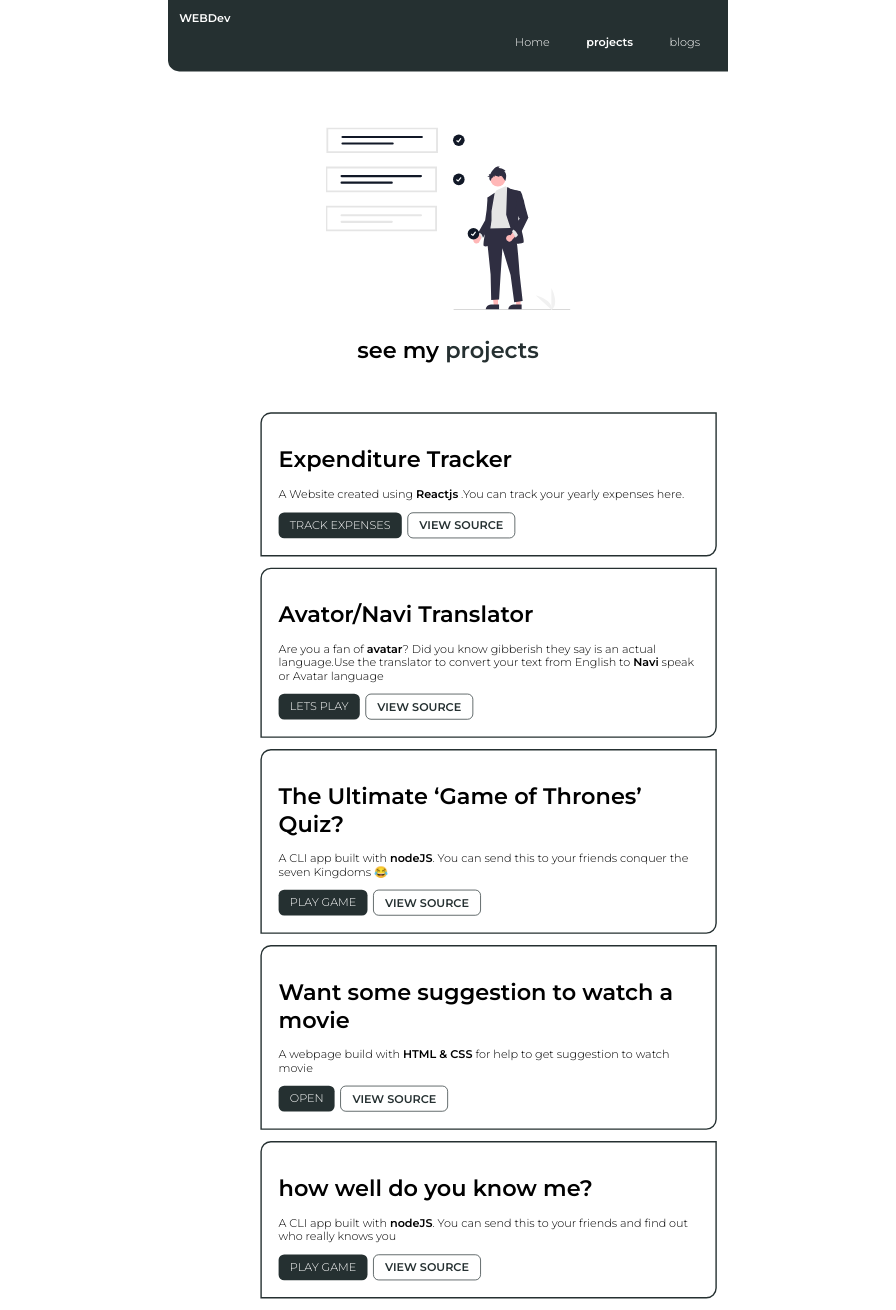
Repository: sohan2503001/Portfolio
Page: projects.html
The author's editor kept a copy of each file at every save. The page is drawn from the files as they stood at one save, then again after a run of saves.
The browser window is 1280 px wide. The pictures show the whole page, at 70% of full size.

Above is the page before, as saved 2021-05-26 11:28:02.

After the next 3 saves:
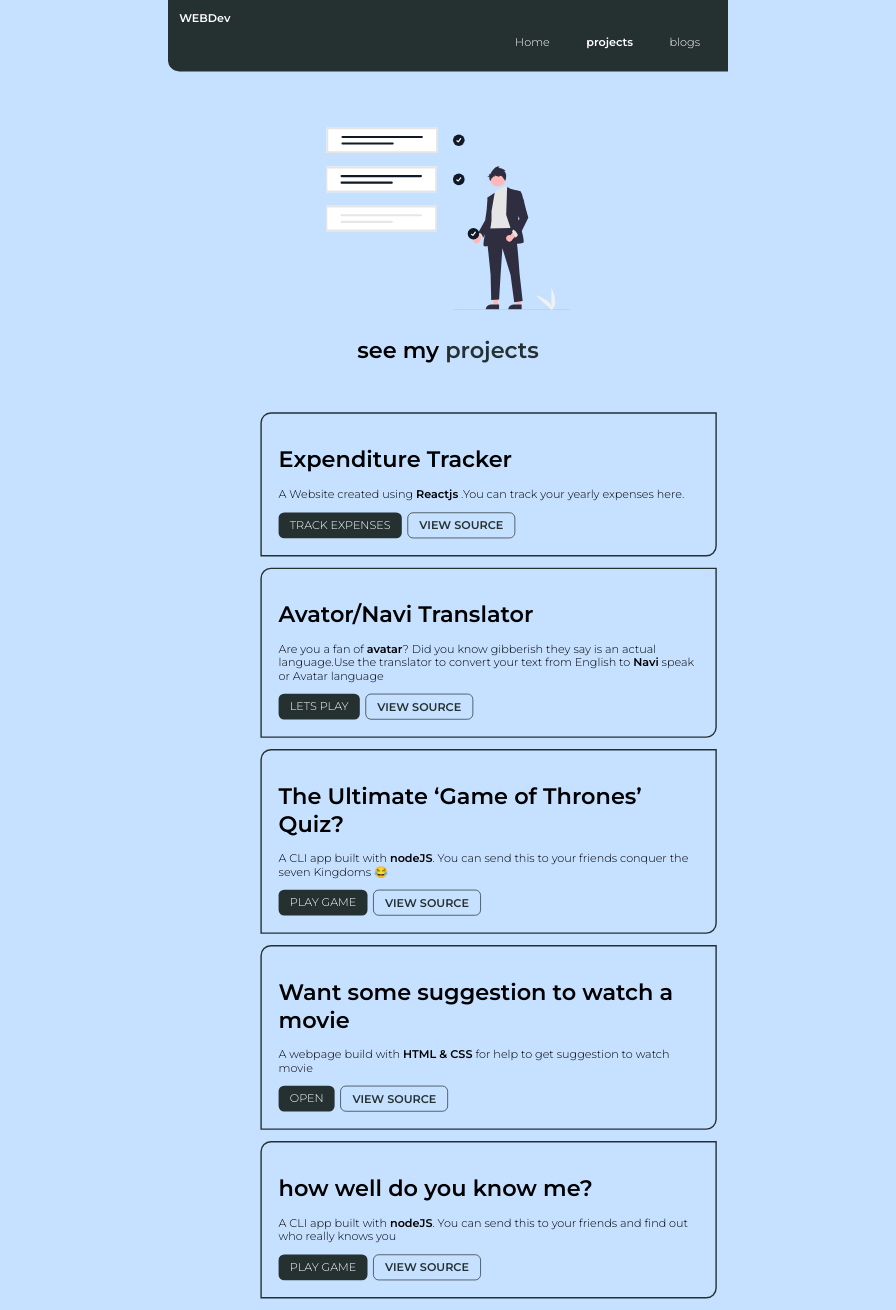
The 3 saves are shown as one change because they came seconds apart.
The last was saved 24 s later.
--- a/style.css
+++ b/style.css
@@ -11,6 +11,7 @@ body {
     margin: auto;
     max-width: 800px;
     width: 100%;
+    background-color: #C6E0FF;
 }
 
 hr{
